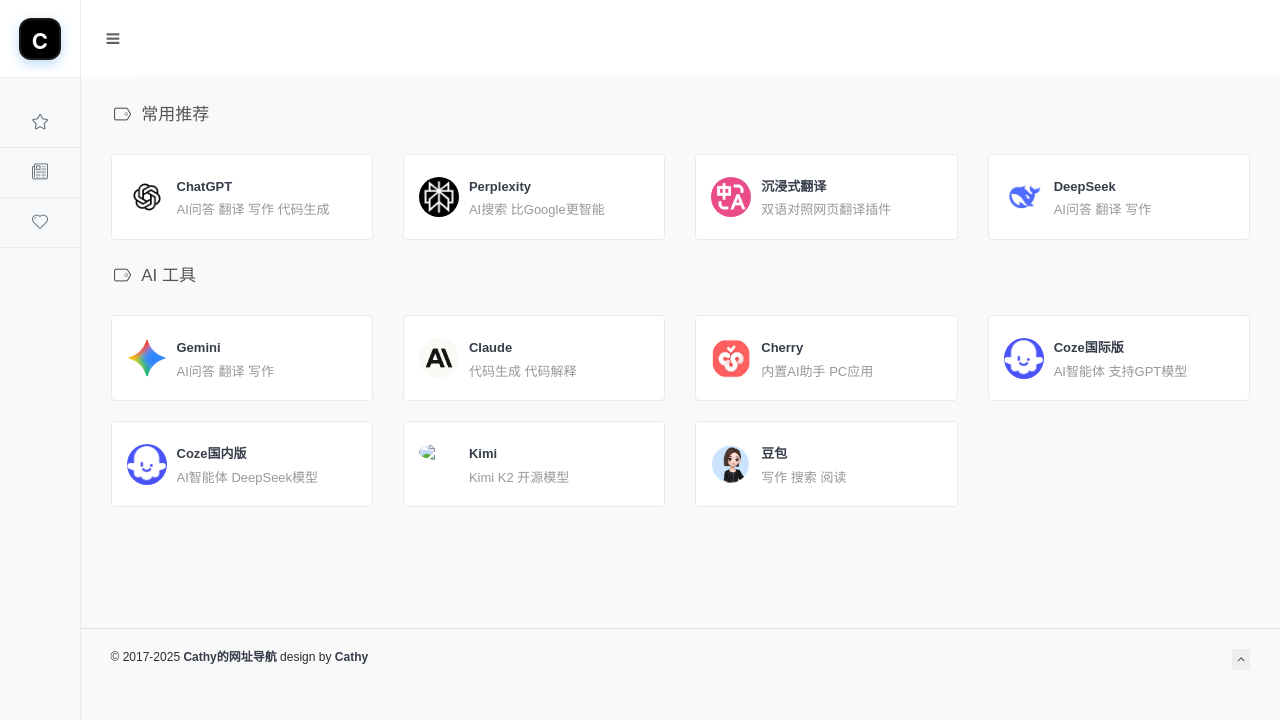
Repository: SweetPomelo0/AINav
Page: cn/index.html
An editor plug-in stored every save of this project. The page is shown before and after the next save, followed by the edit.
The browser window is 1280 px wide. The pictures show the whole page.

Above is the page before, as saved 2025-07-24 23:59:17.
Not found: assets/images/logos/kimi.png

After the next save:
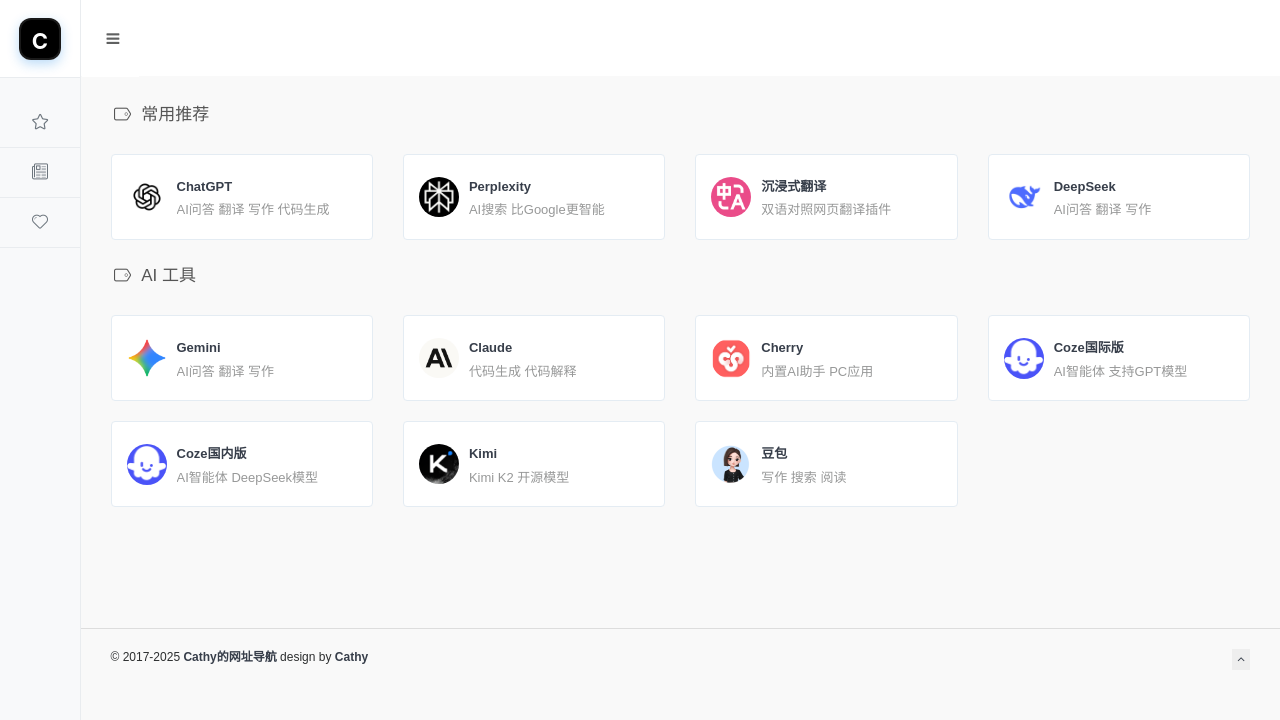
Saved 25 s later.
--- a/cn/index.html
+++ b/cn/index.html
@@ -427,7 +427,7 @@
                     <div class="xe-widget xe-conversations box2 label-info" onclick="window.open('https://www.kimi.com/', '_blank')" data-toggle="tooltip" data-placement="bottom" title="" data-original-title="https://www.kimi.com/">
                         <div class="xe-comment-entry">
                             <a class="xe-user-img">
-                                <img data-src="../assets/images/logos/kimi.png" class="lozad img-circle" width="40">
+                                <img data-src="../assets/images/logos/kimi.ico" class="lozad img-circle" width="40">
                             </a>
                             <div class="xe-comment">
                                 <a href="#" class="xe-user-name overflowClip_1">
